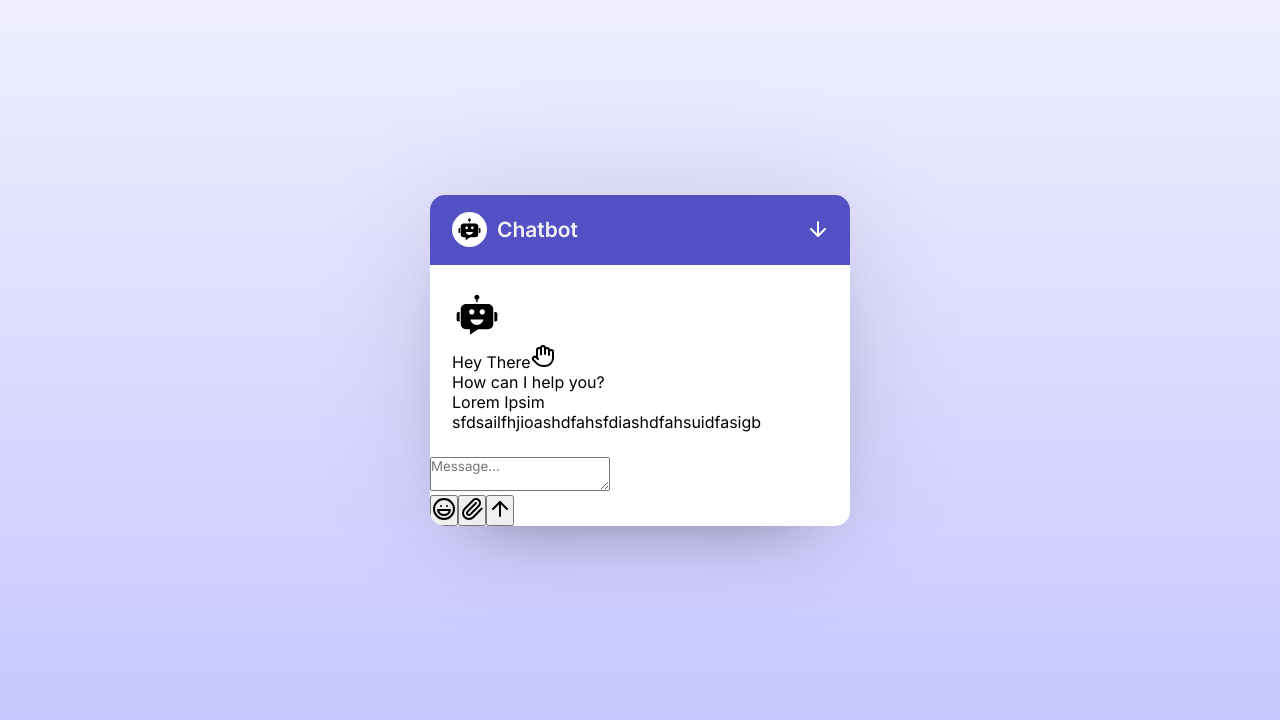
Repository: guilhermecardoso93/ai-bot
Page: /
These files come from the project's save history. The page is drawn as it stood at one moment and after the next save; the edit follows.
The browser window is 1280 px wide. The pictures show the whole page.
The project was rebuilt for these pictures with package versions that can differ from the ones it lists, and the page was loaded fresh each time. Also part of the build but not shown: vite.config.js.

Above is the page before, as saved 2024-11-11 20:38:53.

After the next save:
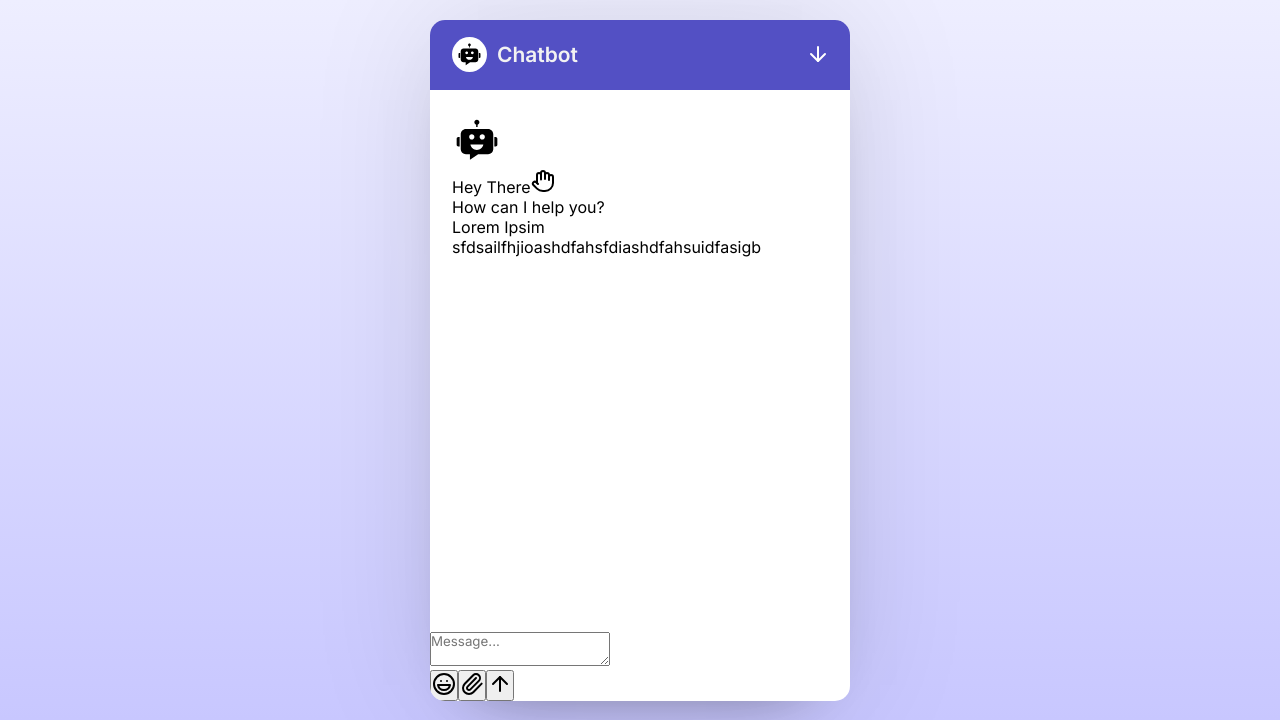
Saved 2 min 43 s later.
--- a/src/index.css
+++ b/src/index.css
@@ -80,5 +80,7 @@ body {
   padding: 25px 22px;
   display: flex;
   gap: 20px;
+  height: 460px;
+  margin-bottom: 82px;
   flex-direction: column;
 }
